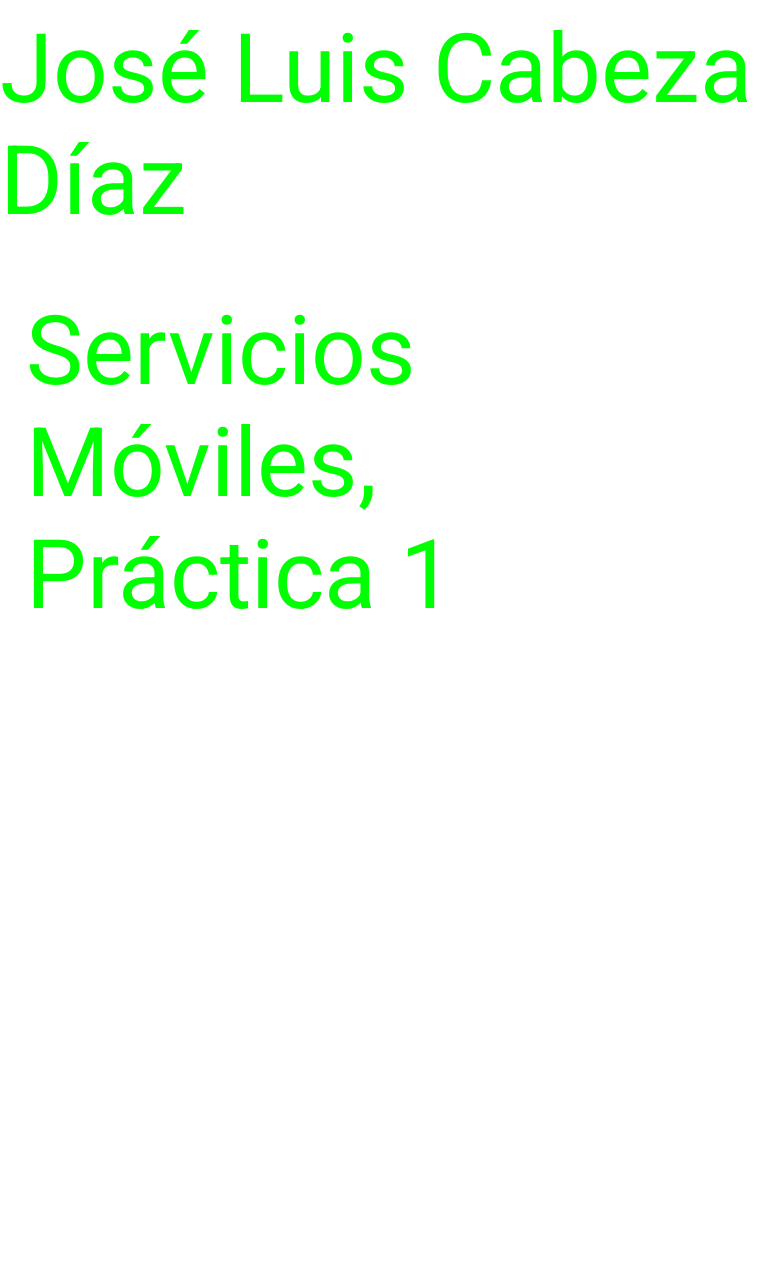
Repository: jlcd0004/sm_p11_practica1
Layout: Practica1/res/layout/fragmento.xml
The author's editor kept a copy of each file at every save. The layout is drawn from the files as they stood at one save, then again after the next save.
It is drawn on a 768 x 1280 px phone screen (xhdpi) without system bars, with theme AppTheme; the app's code is not run.

Above is the layout before, as saved 2015-10-21 19:14:19.

### Practica1/res/layout/fragmento.xml
<?xml version="1.0" encoding="utf-8"?>
<AbsoluteLayout xmlns:android="http://schemas.android.com/apk/res/android"
    android:id="@+id/AbsoluteLayout1"
    android:layout_width="match_parent"
    android:layout_height="match_parent" >

    <TextView
        android:id="@+id/textView1"
        android:layout_width="wrap_content"
        android:layout_height="wrap_content"
        android:text="@string/presentacion"
        android:textColor="#00ff00"
        android:textSize="@android:dimen/app_icon_size" />

    <TextView
        android:id="@+id/textView2"
        android:layout_width="279dp"
        android:layout_height="192dp"
        android:layout_x="13dp"
        android:layout_y="141dp"
        android:text="@string/presentacion2"
        android:textColor="#00ff00"
        android:textSize="@android:dimen/app_icon_size" />

</AbsoluteLayout>

### Practica1/res/values/strings.xml
<?xml version="1.0" encoding="utf-8"?>
<resources>

    <string name="app_name">Practica1</string>
    <string name="hello_world">Hello world!</string>
    <string name="action_settings">Settings</string>
<string name="presentacion">José Luis Cabeza Díaz</string>
     <string name="presentacion2">Servicios Móviles, Práctica 1</string>
     <string name="sesion">Iniciar Sesión</string>

</resources>

Loaded but not shown: Practica1/res/values/styles.xml (common file); Practica1/res/values-v11/styles.xml (common file); Practica1/res/values-v14/styles.xml (common file)

After the next save:
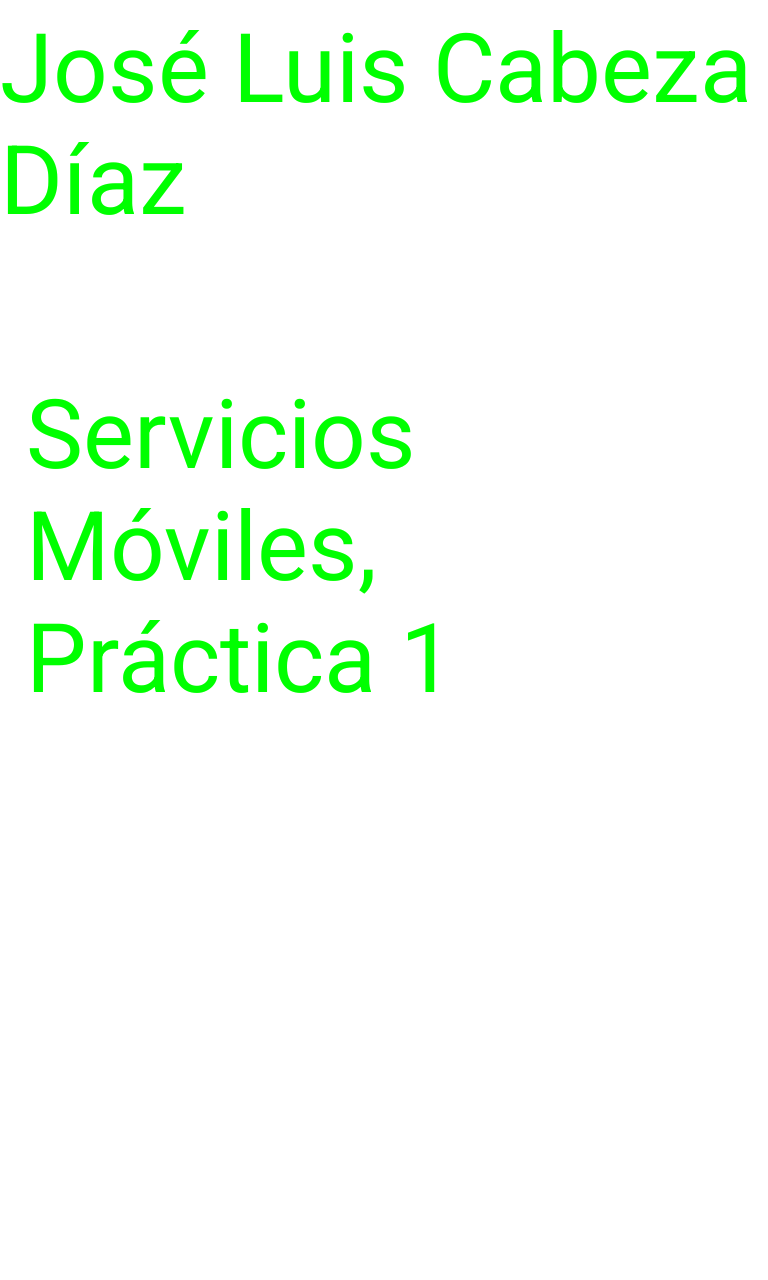
Saved 2 min 51 s later.
--- a/Practica1/res/layout/fragmento.xml
+++ b/Practica1/res/layout/fragmento.xml
@@ -7,7 +7,7 @@
     <TextView
         android:id="@+id/textView1"
         android:layout_width="wrap_content"
-        android:layout_height="wrap_content"
+        android:layout_height="152dp"
         android:text="@string/presentacion"
         android:textColor="#00ff00"
         android:textSize="@android:dimen/app_icon_size" />
@@ -15,9 +15,9 @@
     <TextView
         android:id="@+id/textView2"
         android:layout_width="279dp"
-        android:layout_height="192dp"
+        android:layout_height="417dp"
         android:layout_x="13dp"
-        android:layout_y="141dp"
+        android:layout_y="183dp"
         android:text="@string/presentacion2"
         android:textColor="#00ff00"
         android:textSize="@android:dimen/app_icon_size" />
